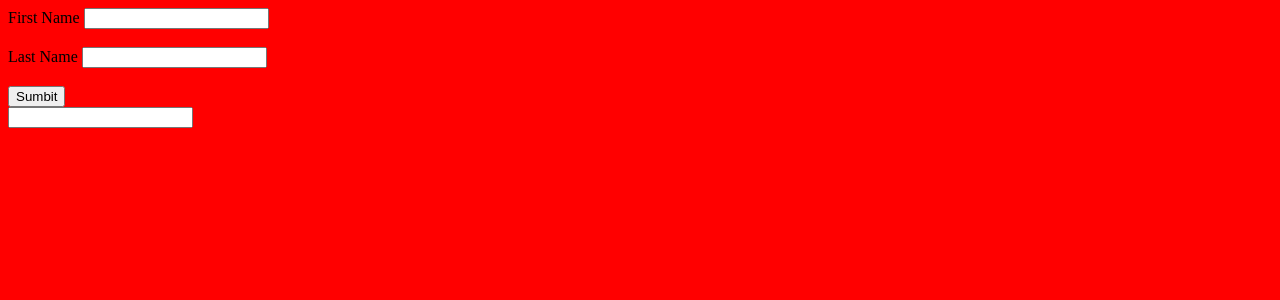
Repository: Fariaddd/codefactor-stylesheet
Page: index.html
These files come from the project's save history. The page is drawn as it stood at one moment and after the next save; the edit follows.
The browser window is 1280 px wide. The pictures show the whole page.

Above is the page before, as saved 2021-11-17 19:05:09.

After the next save:
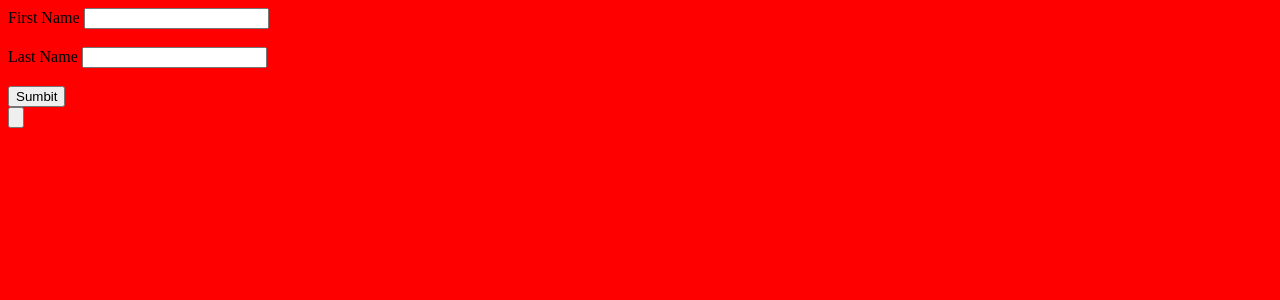
Saved 10 s later.
--- a/index.html
+++ b/index.html
@@ -17,7 +17,7 @@
     </form>
 
     <div>
-      <input type="passowrd" />
+      <input type="button" />
     </div>
   </body>
 </html>
